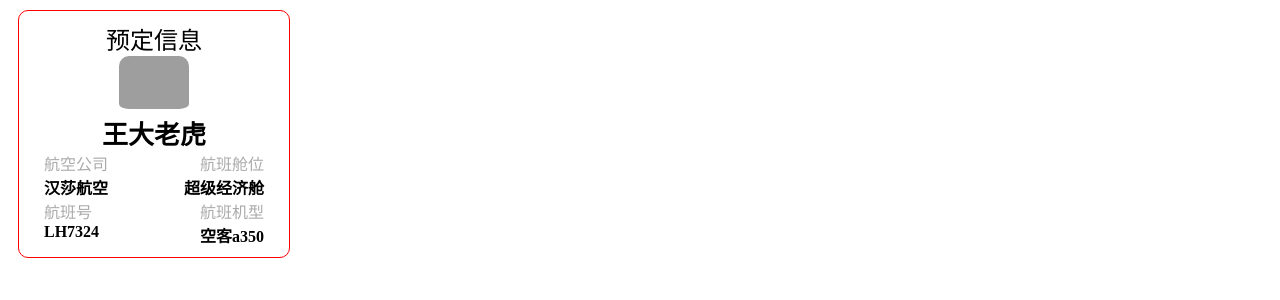
Repository: xzm1997/react-learning
Page: /
These files come from the project's save history. The page is drawn as it stood at one moment and after the next save; the edit follows.
The browser window is 1280 px wide. The pictures show the whole page.
Pictures or frames that could not be fetched are drawn as grey boxes. The project was rebuilt for these pictures with package versions that can differ from the ones it lists, and the page was loaded fresh each time.

Above is the page before, as saved 2023-01-31 10:45:14.

After the next save:
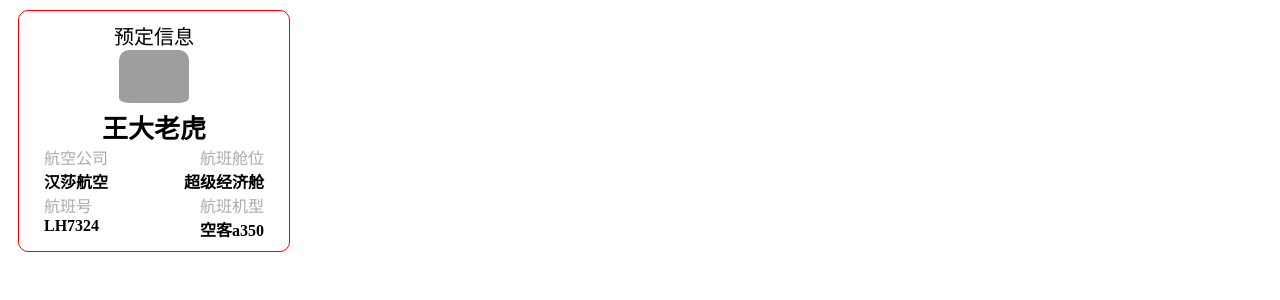
Saved 19 s later.
--- a/src/index.css
+++ b/src/index.css
@@ -31,7 +31,7 @@
 }
 
 .totalTitle {
-  font-size: 24px;
+  font-size: 20px;
 
 }
 
